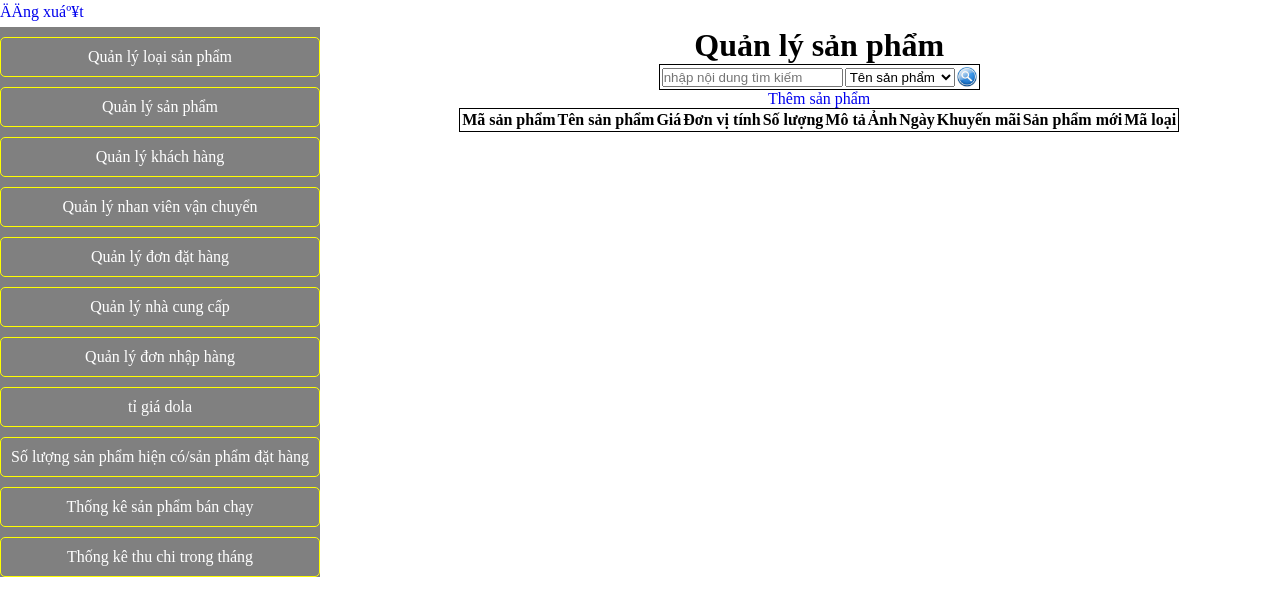
Repository: tranminhtam92/web
Page: http://localhost/demoview/Adminproduct?key=view
These files come from the project's save history. The page is drawn as it stood at one moment and after the next save; the edit follows.
The browser window is 1280 px wide. The pictures show the whole page.
The page is served by Tomcat 9. Other server files are loaded and not shown. Queries for data that is not in the repository find no rows.

Above is the page before, as saved 2016-12-27 07:05:31.

### Code/demoview/WebContent/admin/Manager_product.jsp
<%@ page language="java" contentType="text/html; charset=UTF-8"
    pageEncoding="UTF-8"%>
      <%@ taglib uri="http://java.sun.com/jsp/jstl/core" prefix="c"%>
          <%@ taglib prefix="fmt" uri="http://java.sun.com/jsp/jstl/fmt" %>
<!DOCTYPE html PUBLIC "-//W3C//DTD HTML 4.01 Transitional//EN" "http://www.w3.org/TR/html4/loose.dtd">
<html>
<head>
<meta http-equiv="Content-Type" content="text/html; charset=UTF-8">
<link href="${pageContext.request.contextPath}/admin/Adminstyle.css" rel="stylesheet" type="text/css">
<title>Quản lý sản phẩm</title>
</head>
<body>
<div class="wrapper">
<jsp:include page="headeradmin.jsp"></jsp:include>
<div class="content">
<div class="left">
<jsp:include page="menu.jsp"></jsp:include>
</div>
<div class="right">

<h1>Quản lý sản phẩm</h1>
<form action="${pageContext.request.contextPath}/Adminproduct" action="post">
<table>
<tr>
<td><input type="text" name="information" placeholder="nhập nội dung tìm kiếm"></td>
<td><select name="searchtype">
		<option value="productcode" >Mã sản phẩm</option>
		<option value="productname" selected="selected">Tên sản phẩm</option>
		<option value="producttype">Loại sản phẩm</option>
		</select>

</td>
<td><input type="image" src="${pageContext.request.contextPath}/hinhanh/find.png" alt="submit" name="key" value="search" width="20px" height="20px"></td>
</tr>
</table>
</form>
<div class="add"><a href="${pageContext.request.contextPath}/AdminForward_edit?key=add_product">Thêm sản phẩm</a>
</div>
<div class="table">
<table>
<tr>
<th> Mã sản phẩm</th>
<th> Tên sản phẩm</th>
<th> Giá</th>
<th> Đơn vị tính</th>
<th> Số lượng</th>
<th> Mô tả</th>
<th> Ảnh</th>
<th> Ngày</th>
<th> Khuyến mãi</th>
<th> Sản phẩm mới</th>
<th> Mã loại</th>
</tr>
<c:forEach items="${list_product}" var="product">
<tr>
<td>${product.masp}</td>
<td>${product.tensp}</td>
<td>${product.gia}</td>
<td>${product.donvitinh}</td>
<td>${product.soluong}</td>
<td>${product.mota}</td>
<td><img src="${pageContext.request.contextPath}/hinhanh/${product.anh}" class="imgsmall"></td>
<td> <fmt:formatDate pattern="dd/MM/yyyy"  value="${product.ngay}" /></td>
<td>${product.khuyenmai}</td>
<td>${product.sanphammoi}</td>
<td>${product.maloai}</td>
<td><a href="${pageContext.request.contextPath}/AdminForward_edit?key=edit_product&productcode=${product.masp}">sửa</a></td>
<td><a href="${pageContext.request.contextPath}/AdminProduct?key=delete&producttypecode=${product.masp}">xóa</a></td>
</tr>
</c:forEach>
</table>
</div>
</div>
</div>
</div>
</body>
</html>

### Code/demoview/WebContent/admin/headeradmin.jsp
<%@ page language="java" contentType="text/html; charset=ISO-8859-1"
    pageEncoding="ISO-8859-1"%>
         <%@ taglib uri="http://java.sun.com/jsp/jstl/core" prefix="c"%>
<!DOCTYPE html PUBLIC "-//W3C//DTD HTML 4.01 Transitional//EN" "http://www.w3.org/TR/html4/loose.dtd">
<html>
<head>
<meta http-equiv="Content-Type" content="text/html; charset=ISO-8859-1">
<title>Insert title here</title>
</head>
<body>
<div class="nav">
			<div id="menu">
				<ul>

				</ul>
			</div>
			<div id="account">


				<ul>
				<li>${sesionScope.name}
				<ul>
				<li><a href="#">đăng xuất</a>
				</ul>
				</li>


				</ul>


			</div>

		</div>
</body>
</html>

### Code/demoview/WebContent/admin/menu.jsp
<%@ page language="java" contentType="text/html; charset=UTF-8"
    pageEncoding="UTF-8"%>
      <%@ taglib uri="http://java.sun.com/jsp/jstl/core" prefix="c"%>
          <%@ taglib prefix="fmt" uri="http://java.sun.com/jsp/jstl/fmt" %>
<!DOCTYPE html PUBLIC "-//W3C//DTD HTML 4.01 Transitional//EN" "http://www.w3.org/TR/html4/loose.dtd">
<html>
<head>
<meta http-equiv="Content-Type" content="text/html; charset=UTF-8">
<link href="${pageContext.request.contextPath}/admin/Adminstyle.css" rel="stylesheet" type="text/css">
<title>Quản lý sản phẩm</title>
</head>
<body>
<ul>
<li><a href="${pageContext.request.contextPath}/AdminProducttype?key=view"> Quản lý loại sản phẩm</a>
<li><a href="${pageContext.request.contextPath}/Adminproduct?key=view"> Quản lý sản phẩm</a>
<li><a href="${pageContext.request.contextPath}/Admincustomer?key=view"> Quản lý khách hàng</a>
<li><a href="${pageContext.request.contextPath}/Adminemployee?key=view"> Quản lý nhan viên vận chuyển</a>
<li><a href="${pageContext.request.contextPath}/Adminorder?key=view"> Quản lý đơn đặt hàng</a>
<li><a href="${pageContext.request.contextPath}/Adminmanufactor?key=view"> Quản lý nhà cung cấp</a>
<li><a href="${pageContext.request.contextPath}/Adminimportproduct?key=view"> Quản lý đơn nhập hàng</a>
<li><a href="${pageContext.request.contextPath}/Tygiado?key=view"> tỉ giá dola</a>
<c:if test="${sessionScope.role!=null}">
<c:if test="${sessionScope.role=='quantri'}">
<li><a href="${pageContext.request.contextPath}/Adminnhanvienduyetdon?key=view"> Quản lý nhân viên</a>
</c:if>
</c:if>
<li><a href="${pageContext.request.contextPath}/Reportproduct"> Số lượng sản phẩm hiện có/sản phẩm đặt hàng</a>
<li><a href="${pageContext.request.contextPath}/Reportsellingproducts?key=view"> Thống kê sản phẩm bán chạy</a>
<li><a href="${pageContext.request.contextPath}/Report_revenues_and_expenditures"> Thống kê thu chi trong tháng</a>
</ul>
</body>

### Code/demoview/src/Admincontroller/Adminproduct.java
package Admincontroller;

import java.io.File;
import java.io.IOException;
import java.io.PrintWriter;
import java.util.ArrayList;

import javax.servlet.RequestDispatcher;
import javax.servlet.ServletException;
import javax.servlet.annotation.WebServlet;
import javax.servlet.http.HttpServlet;
import javax.servlet.http.HttpServletRequest;
import javax.servlet.http.HttpServletResponse;
import javax.servlet.http.HttpSession;

import org.apache.commons.fileupload.FileItem;
import org.apache.commons.fileupload.FileItemFactory;
import org.apache.commons.fileupload.FileUploadException;
import org.apache.commons.fileupload.disk.DiskFileItemFactory;
import org.apache.commons.fileupload.servlet.ServletFileUpload;

import ConnectDB.ConnectDB;
import Model.Sanpham;
import Model.SanphamDAO;

/**
 * Servlet implementation class Adminproduct
 */
@WebServlet(urlPatterns={"/Adminproduct"})
public class Adminproduct extends HttpServlet {
	private static final long serialVersionUID = 1L;

    /**
     * @see HttpServlet#HttpServlet()
     */
    public Adminproduct() {
        super();
        // TODO Auto-generated constructor stub
    }

	/**
	 * @see HttpServlet#doGet(HttpServletRequest request, HttpServletResponse response)
	 */
	protected void doGet(HttpServletRequest request, HttpServletResponse response) throws ServletException, IOException {
		// TODO Auto-generated method stub
		//response.getWriter().append("Served at: ").append(request.getContextPath());
		doPost(request, response);
	}

	/**
	 * @see HttpServlet#doPost(HttpServletRequest request, HttpServletResponse response)
	 */
	protected void doPost(HttpServletRequest request, HttpServletResponse response) throws ServletException, IOException {
		// TODO Auto-generated method stub
		 request.setCharacterEncoding("UTF-8");
		    response.setCharacterEncoding("UTF-8");
		    response.setContentType("text/html; charset=UTF-8");
		HttpSession session=request.getSession();
		String username=(String)session.getAttribute("adminusername");
		String password=(String)session.getAttribute("adminpassword");
		RequestDispatcher dispatcher;
		if(ConnectDB.getconnectDB(username, password)){
			ArrayList<Sanpham>listproduct=new ArrayList<>();
			SanphamDAO spDAO=new SanphamDAO();
			String key=request.getParameter("key");
			switch (key) {
			case "search":
				String information =request.getParameter("information");
				String searchtype=request.getParameter("searchtype");
				switch (searchtype) {
				case "productname":
					listproduct=spDAO.searchproduct(information);
					break;
				case "productcode":
					listproduct=spDAO.searchproductcode(information);
					break;
				case "producttype":
					listproduct=spDAO.searchproducttype(information);
					break;

				}
				request.setAttribute("list_product", listproduct);
				dispatcher = request.getServletContext()
		                 .getRequestDispatcher("/admin/Manager_product.jsp");
		         dispatcher.forward(request, response);
				break;

			default:
				listproduct=spDAO.searchproduct("");
				request.setAttribute("list_product", listproduct);
				dispatcher = request.getServletContext()
		                 .getRequestDispatcher("/admin/Manager_product.jsp");
		         dispatcher.forward(request, response);
				break;
			}
		}

	}

}

### Code/demoview/src/ConnectDB/ConnectDB.java
/**
 *
 */
/**
 * @author tao
 *
 */
package ConnectDB;

import java.sql.Connection;
import java.sql.DriverManager;
import java.sql.ResultSet;
import java.sql.SQLException;

public class ConnectDB{

	public static Connection connection;
	public static Connection getconnectDB(){
		try {
			Class.forName("com.microsoft.sqlserver.jdbc.SQLServerDriver");
		} catch (ClassNotFoundException e) {
			// TODO Auto-generated catch block
			System.out.println("loiconnect succesful");
			e.printStackTrace();
		}

		// Hoặc
		String url = "jdbc:sqlserver://localhost:1433;databaseName=haisan;user=sa;password=vothitam";
		String user = "sa";
		String pass = "vothitam";
		try {
			Connection connection = DriverManager.getConnection(url);
			return connection;
		} catch (SQLException e) {
			// TODO Auto-generated catch block
			e.printStackTrace();
			return null;
		}
	}
	public static boolean getconnectDB(String username,String password){
		try {
			Class.forName("com.microsoft.sqlserver.jdbc.SQLServerDriver");
		} catch (ClassNotFoundException e) {
			// TODO Auto-generated catch block
			System.out.println("loiconnect succesful");
			e.printStackTrace();
		}

		// Hoặc
		String url = "jdbc:sqlserver://localhost:1433;databaseName=haisan;user="+username+";password="+password;
		try {
			connection = DriverManager.getConnection(url);
			return true;
		} catch (SQLException e) {
			// TODO Auto-generated catch block
			return false;
		}
	}
}

### Code/demoview/src/Model/SanphamDAO.java
package Model;

import java.sql.Connection;
import java.sql.PreparedStatement;
import java.sql.ResultSet;
import java.sql.SQLException;
import java.text.SimpleDateFormat;
import java.util.ArrayList;
import java.util.Date;

import ConnectDB.ConnectDB;

public class SanphamDAO {
	String strDateFormat = "dd/MM/yyyy";

	SimpleDateFormat simpleDateFormat = new SimpleDateFormat(strDateFormat);

	public ArrayList<Sanpham> get4sanphamtheoloai(String maloai) {
		ArrayList<Sanpham> listsp = new ArrayList<>();
		Connection cn = ConnectDB.getconnectDB();
		String sql = "select top 4 * from sanpham where maloai='" + maloai + "' order by ngay desc";
		try {
			PreparedStatement stm = cn.prepareCall(sql);
			ResultSet rs = stm.executeQuery();
			while (rs.next()) {
				Sanpham sp = new Sanpham();
				sp.setMasp(rs.getString("masp"));
				sp.setTensp(rs.getString("tensp"));
				sp.setGia(rs.getInt("gia"));
				sp.setDonvitinh(rs.getString("donvitinh"));
				sp.setSoluong(rs.getInt("soluong"));
				sp.setMota(rs.getString("mota"));
				sp.setAnh(rs.getString("anh"));
				sp.setNgay(rs.getDate("ngay"));
				sp.setMaloai(rs.getString("maloai"));
				sp.setKhuyenmai(rs.getInt("khuyenmai"));
				sp.setSanphammoi(rs.getBoolean("sanphammoi"));
				listsp.add(sp);
			}
		} catch (SQLException e) {
			// TODO Auto-generated catch block
			e.printStackTrace();
		}
		try {
			cn.close();
		} catch (SQLException e) {
			// TODO Auto-generated catch block
			e.printStackTrace();
		}
		return listsp;
	}
	public ArrayList<Sanpham> get4sanphambanchay() {
		ArrayList<Sanpham> listsp = new ArrayList<>();
		Connection cn = ConnectDB.getconnectDB();
		String sql = "execute sanphambanchay";
		try {
			PreparedStatement stm = cn.prepareCall(sql);
			ResultSet rs = stm.executeQuery();
			while (rs.next()) {
				Sanpham sp = new Sanpham();
				sp.setMasp(rs.getString("masp"));
				sp.setTensp(rs.getString("tensp"));
				sp.setGia(rs.getInt("gia"));
				sp.setDonvitinh(rs.getString("donvitinh"));
				sp.setSoluong(rs.getInt("soluong"));
				sp.setMota(rs.getString("mota"));
				sp.setAnh(rs.getString("anh"));
				sp.setNgay(rs.getDate("ngay"));
				sp.setMaloai(rs.getString("maloai"));
				sp.setKhuyenmai(rs.getInt("khuyenmai"));
				sp.setSanphammoi(rs.getBoolean("sanphammoi"));
				listsp.add(sp);
			}
		} catch (SQLException e) {
			// TODO Auto-generated catch block
			e.printStackTrace();
		}
		try {
			cn.close();
		} catch (SQLException e) {
			// TODO Auto-generated catch block
			e.printStackTrace();
		}
		return listsp;
	}
	public ArrayList<Sanpham> getsanphambanchaytheothang(String ngay) {
		ArrayList<Sanpham> listsp = new ArrayList<>();
		Connection cn = ConnectDB.getconnectDB();
		String sql = "execute sanphambanchaytheothang ?";
		try {
			PreparedStatement stm = cn.prepareCall(sql);
			stm.setString(1, ngay);
			ResultSet rs = stm.executeQuery();
			while (rs.next()) {
				Sanpham sp = new Sanpham();
				sp.setMasp(rs.getString("masp"));
				sp.setTensp(rs.getString("tensp"));
				sp.setGia(rs.getInt("gia"));
				sp.setDonvitinh(rs.getString("donvitinh"));
				sp.setSoluong(rs.getInt("sumsoluong"));
				sp.setMota(rs.getString("mota"));
				sp.setAnh(rs.getString("anh"));
				sp.setNgay(rs.getDate("ngay"));
				sp.setMaloai(rs.getString("maloai"));
				sp.setKhuyenmai(rs.getInt("khuyenmai"));
				sp.setSanphammoi(rs.getBoolean("sanphammoi"));
				listsp.add(sp);
			}
		} catch (SQLException e) {
			// TODO Auto-generated catch block
			e.printStackTrace();
		}
		try {
			cn.close();
		} catch (SQLException e) {
			// TODO Auto-generated catch block
			e.printStackTrace();
		}
		return listsp;
	}
	public ArrayList<Sanpham> getsanphamtheoloai(String maloai) {
		ArrayList<Sanpham> listsp = new ArrayList<>();
		Connection cn = ConnectDB.getconnectDB();
		String sql = "select * from sanpham where maloai='" + maloai + "' order by ngay desc";
		try {
			PreparedStatement stm = cn.prepareCall(sql);
			ResultSet rs = stm.executeQuery();
			while (rs.next()) {
				Sanpham sp = new Sanpham();
				sp.setMasp(rs.getString("masp"));
				sp.setTensp(rs.getString("tensp"));
				sp.setGia(rs.getInt("gia"));
				sp.setDonvitinh(rs.getString("donvitinh"));
				sp.setSoluong(rs.getInt("soluong"));
				sp.setMota(rs.getString("mota"));
				sp.setAnh(rs.getString("anh"));
				sp.setNgay(rs.getDate("ngay"));
				sp.setMaloai(rs.getString("maloai"));
				sp.setKhuyenmai(rs.getInt("khuyenmai"));
				sp.setSanphammoi(rs.getBoolean("sanphammoi"));
				listsp.add(sp);
			}
		} catch (SQLException e) {
			// TODO Auto-generated catch block
			e.printStackTrace();
		}
		try {
			cn.close();
		} catch (SQLException e) {
			// TODO Auto-generated catch block
			e.printStackTrace();
		}
		return listsp;
	}

	public Sanpham getsanpham(String masp) {
		Sanpham sp = new Sanpham();
		Connection cn = ConnectDB.getconnectDB();
		String sql = "select * from sanpham where masp='" + masp + "'";
		try {
			PreparedStatement stm = cn.prepareCall(sql);
			ResultSet rs = stm.executeQuery();
			while (rs.next()) {

				sp.setMasp(rs.getString("masp"));
				sp.setTensp(rs.getString("tensp"));
				sp.setGia(rs.getInt("gia"));
				sp.setDonvitinh(rs.getString("donvitinh"));
				sp.setSoluong(rs.getInt("soluong"));
				sp.setMota(rs.getString("mota"));
				sp.setAnh(rs.getString("anh"));
				sp.setNgay(rs.getDate("ngay"));
				sp.setMaloai(rs.getString("maloai"));
				sp.setKhuyenmai(rs.getInt("khuyenmai"));
				sp.setSanphammoi(rs.getBoolean("sanphammoi"));
				return sp;
			}
		} catch (SQLException e) {
			// TODO Auto-generated catch block
			e.printStackTrace();
		}
		try {
			cn.close();
		} catch (SQLException e) {
			// TODO Auto-generated catch block
			e.printStackTrace();
		}
		return sp;
	}

	public ArrayList<Sanpham> searchproduct(String productname) {
		ArrayList<Sanpham> listsp = new ArrayList<>();
		Connection cn = ConnectDB.getconnectDB();
		String sql = "select * from sanpham where tensp like N'%" + productname + "%' order by ngay desc";
		try {
			PreparedStatement stm = cn.prepareStatement(sql);

			ResultSet rs = stm.executeQuery();
			while (rs.next()) {
				Sanpham sp = new Sanpham();
				sp.setMasp(rs.getString("masp"));
				sp.setTensp(rs.getString("tensp"));
				sp.setGia(rs.getInt("gia"));
				sp.setDonvitinh(rs.getString("donvitinh"));
				sp.setSoluong(rs.getInt("soluong"));
				sp.setMota(rs.getString("mota"));
				sp.setAnh(rs.getString("anh"));
				sp.setNgay(rs.getDate("ngay"));
				sp.setMaloai(rs.getString("maloai"));
				sp.setKhuyenmai(rs.getInt("khuyenmai"));
				sp.setSanphammoi(rs.getBoolean("sanphammoi"));
				listsp.add(sp);
			}
		} catch (SQLException e) {
			// TODO Auto-generated catch block
			e.printStackTrace();
		}
		try {
			cn.close();
		} catch (SQLException e) {
			// TODO Auto-generated catch block
			e.printStackTrace();
		}
		return listsp;
	}
	public ArrayList<Sanpham> searchproductcode(String productcode) {
		ArrayList<Sanpham> listsp = new ArrayList<>();
		Connection cn = ConnectDB.getconnectDB();
		String sql = "select * from sanpham where masp like N'%" + productcode + "%' order by ngay desc";
		try {
			PreparedStatement stm = cn.prepareStatement(sql);

			ResultSet rs = stm.executeQuery();
			while (rs.next()) {
				Sanpham sp = new Sanpham();
				sp.setMasp(rs.getString("masp"));
				sp.setTensp(rs.getString("tensp"));
				sp.setGia(rs.getInt("gia"));
				sp.setDonvitinh(rs.getString("donvitinh"));
				sp.setSoluong(rs.getInt("soluong"));
				sp.setMota(rs.getString("mota"));
				sp.setAnh(rs.getString("anh"));
				sp.setNgay(rs.getDate("ngay"));
				sp.setMaloai(rs.getString("maloai"));
				sp.setKhuyenmai(rs.getInt("khuyenmai"));
				sp.setSanphammoi(rs.getBoolean("sanphammoi"));
				listsp.add(sp);
			}
		} catch (SQLException e) {
			// TODO Auto-generated catch block
			e.printStackTrace();
		}
		try {
			cn.close();
		} catch (SQLException e) {
			// TODO Auto-generated catch block
			e.printStackTrace();
		}
		return listsp;
	}
	public ArrayList<Sanpham> searchproducttype(String producttype) {
		ArrayList<Sanpham> listsp = new ArrayList<>();
		Connection cn = ConnectDB.getconnectDB();
		String sql = "select * from sanpham where maloai like N'%" + producttype + "%' order by ngay desc";
		try {
			PreparedStatement stm = cn.prepareStatement(sql);

			ResultSet rs = stm.executeQuery();
			while (rs.next()) {
				Sanpham sp = new Sanpham();
				sp.setMasp(rs.getString("masp"));
				sp.setTensp(rs.getString("tensp"));
				sp.setGia(rs.getInt("gia"));
				sp.setDonvitinh(rs.getString("donvitinh"));
				sp.setSoluong(rs.getInt("soluong"));
				sp.setMota(rs.getString("mota"));
				sp.setAnh(rs.getString("anh"));
				sp.setNgay(rs.getDate("ngay"));
				sp.setMaloai(rs.getString("maloai"));
				sp.setKhuyenmai(rs.getInt("khuyenmai"));
				sp.setSanphammoi(rs.getBoolean("sanphammoi"));
				listsp.add(sp);
			}
		} catch (SQLException e) {
			// TODO Auto-generated catch block
			e.printStackTrace();
		}
		try {
			cn.close();
		} catch (SQLException e) {
			// TODO Auto-generated catch block
			e.printStackTrace();
		}
		return listsp;
	}
	public void updatesanpham(String masp,String tensp,int gia,String donvitinh,int soluong,String mota,String anh,
			String ngay,String maloai,int khuyenmai,boolean sanphammoi){
		Connection cn=ConnectDB.getconnectDB();
		String sql="update sanpham set tensp=?,gia=?,donvitinh=?,soluong=?,mota=?,sanphammoi=?,ngay=?,maloai=?,khuyenmai=?,anh=? where masp=?";
		try {
			PreparedStatement stm=cn.prepareStatement(sql);
			stm.setString(1, tensp);
			stm.setInt(2, gia);
			stm.setString(3, donvitinh);
			stm.setInt(4, soluong);
			stm.setString(5, mota);
			stm.setBoolean(6, sanphammoi);
			stm.setString(7, ngay);
			stm.setString(8, maloai);
			stm.setInt(9, khuyenmai);
			stm.setString(10, anh);
			stm.setString(11, masp);
			int a=stm.executeUpdate();
		} catch (SQLException e) {
			// TODO Auto-generated catch block
			e.printStackTrace();
		}
	}

	public void updatesanpham(String masp,String tensp,int gia,String donvitinh,int soluong,String mota,
			String ngay,String maloai,int khuyenmai,boolean sanphammoi){
		Connection cn=ConnectDB.getconnectDB();
		String sql="update sanpham set tensp=?, gia=?, donvitinh=?, soluong=?, mota=?, sanphammoi=?, ngay=?, maloai=?, khuyenmai=? where masp=?";
		try {
			PreparedStatement stm=cn.prepareStatement(sql);
			stm.setString(1, tensp);
			stm.setInt(2, gia);
			stm.setString(3, donvitinh);
			stm.setInt(4, soluong);
			stm.setString(5, mota);
			stm.setBoolean(6, sanphammoi);
			stm.setString(7, ngay);
			stm.setString(8, maloai);
			stm.setInt(9, khuyenmai);
			stm.setString(10, masp);
			int a=stm.executeUpdate();
		} catch (SQLException e) {
			// TODO Auto-generated catch block
			e.printStackTrace();
		}
	}
	public void updatesoluongsanpham(String masp,int soluong){
		Connection cn=ConnectDB.getconnectDB();
		String sql="update sanpham set soluong=soluong+?, ngay=getdate() where masp=?";
		try {
			PreparedStatement stm=cn.prepareStatement(sql);
			stm.setInt(1, soluong);
			stm.setString(2, masp);
			int a=stm.executeUpdate();
		} catch (SQLException e) {
			// TODO Auto-generated catch block
			e.printStackTrace();
		}
	}
	public void updatesoluongsanpham(int maddh){
		Connection cn=ConnectDB.getconnectDB();
		String sql="execute soluongtruvanchuyen ?";
		try {
			PreparedStatement stm=cn.prepareCall(sql);
			stm.setInt(1, maddh);

			int a=stm.executeUpdate();
		} catch (SQLException e) {
			// TODO Auto-generated catch block
			e.printStackTrace();
		}
	}
	public void updatethanhtoanfalse(int maddh){
		Connection cn=ConnectDB.getconnectDB();
		String sql="execute soluongcongvanchuyen ?";
		try {
			PreparedStatement stm=cn.prepareCall(sql);
			stm.setInt(1, maddh);

			int a=stm.executeUpdate();
		} catch (SQLException e) {
			// TODO Auto-generated catch block
			e.printStackTrace();
		}
	}
	public void insertsanpham(String masp,String tensp,int gia,String donvitinh,String anh,int soluong,String mota,
			String ngay,String maloai,int khuyenmai,boolean sanphammoi){
		Connection cn=ConnectDB.getconnectDB();
		String sql="insert into sanpham values(?,?,?,?,?,?,?,?,?,?,?)";
		try {
			PreparedStatement stm=cn.prepareStatement(sql);
			stm.setString(1, masp);
			stm.setString(2, tensp);
			stm.setInt(3, gia);
			stm.setString(4, donvitinh);
			stm.setInt(5, soluong);
			stm.setString(6, mota);
			stm.setString(7, anh);
			stm.setString(8, ngay);
			stm.setString(9, maloai);
			stm.setInt(10, khuyenmai);

			stm.setBoolean(11, sanphammoi);

			int a=stm.executeUpdate();
		} catch (SQLException e) {
			// TODO Auto-generated catch block
			e.printStackTrace();
		}
	}
	public static void main(String[] arg) {
		SanphamDAO spdao = new SanphamDAO();
		// ArrayList<Sanpham> listsp=spdao.get4sanphamtheoloai("ca");
		ArrayList<Sanpham> listsp = spdao.searchproduct("cá");
		for (int i = 0; i < listsp.size(); i++) {
			Sanpham sp = new Sanpham();
			sp = listsp.get(i);

			System.out.println(sp.getNgay());

		}
	}
}

### Code/demoview/WebContent/admin/Adminstyle.css
@CHARSET "ISO-8859-1";
*{
    margin: 0;
    padding: 0;
    text-decoration: none;
}
div{
	display: block;
}

td{
	text-align: center;
}
ul li{
		text-decoration: none;
	list-style-type: none;
}
a{

		text-decoration: none;
	list-style-type: none;
}
.wrapper{
	width: 100%;
	height:auto;
}
.header{
	width: 100%;
	height: 50px;
	background-color: black;
	color: white;
}
.content{
		width: 100%;
	height:auto;

}
.content .left{
	width: 25%;
	height: auto;
	float:left;

	background-color: gray;
}
.content .left ul{
	margin-top: auto;
	margin-bottom: auto;
}
.content .left ul li a{
	color: white;

}
.content .left ul li a:hover{
	color: yellow;

}
.content .left ul li {
	color:blue;
		border: 1px solid yellow;
		text-align: center;
		margin-top: 10px;
		padding:10px 0 10px 0;
    -moz-border-radius: 5px;
    -webkit-border-radius: 5px;
    -ms-border-radius: 5px;
    -o-border-radius: 5px;
    border-radius: 5px;
}

.content .right{
	text-align:center;
	width: 72%;
	height: 500px;
	float:right;

}
.content .right table{

	margin-left:auto;
	margin-right:auto;
	border: 1px solid black;
}
.content .right table tr{


	margin-top: 8px;
}
.content .right table tr th{

	margin-left: 8px;
}
.imgsmall{
	width: 20%;
	height: 20%;
}
.amountold{
	color:black;
	padding-top:5%;
	font-size: 15px;
	text-decoration: line-through;
}

After the next save:
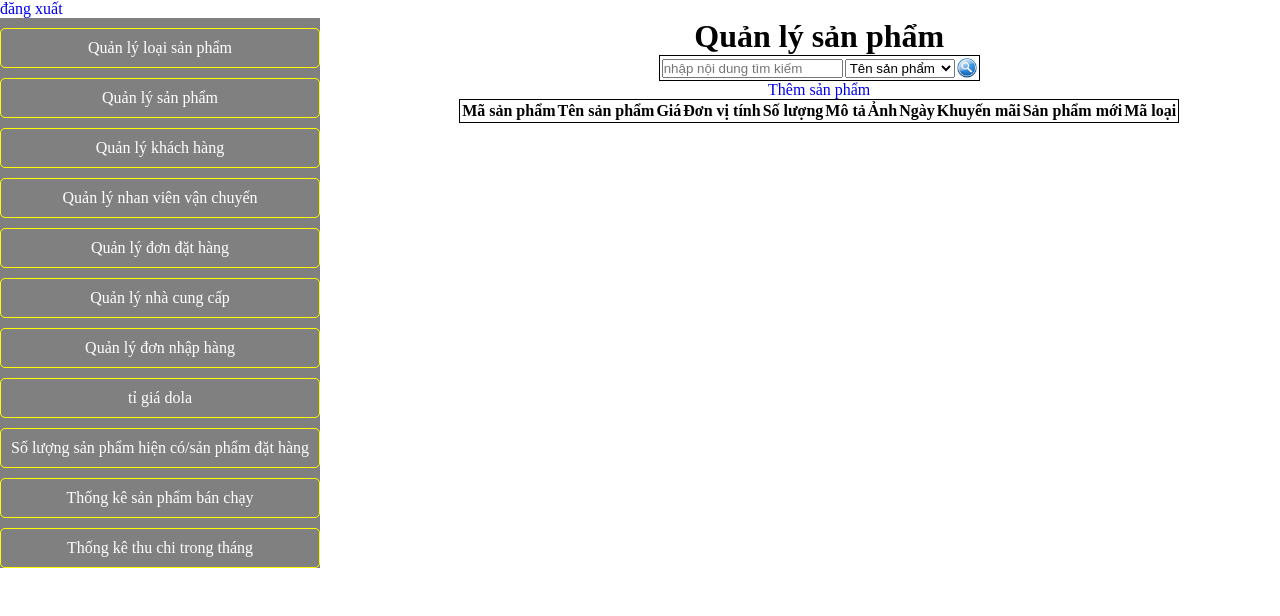
Saved 72 s later.
--- a/Code/demoview/WebContent/admin/headeradmin.jsp
+++ b/Code/demoview/WebContent/admin/headeradmin.jsp
@@ -1,5 +1,6 @@
-<%@ page language="java" contentType="text/html; charset=ISO-8859-1"
-    pageEncoding="ISO-8859-1"%>
+<%@ page language="java" contentType="text/html; charset=UTF-8"
+    pageEncoding="UTF-8"%>
+    <meta http-equiv="Content-Type" content="text/html; charset=UTF-8">
          <%@ taglib uri="http://java.sun.com/jsp/jstl/core" prefix="c"%>
 <!DOCTYPE html PUBLIC "-//W3C//DTD HTML 4.01 Transitional//EN" "http://www.w3.org/TR/html4/loose.dtd">
 <html>
